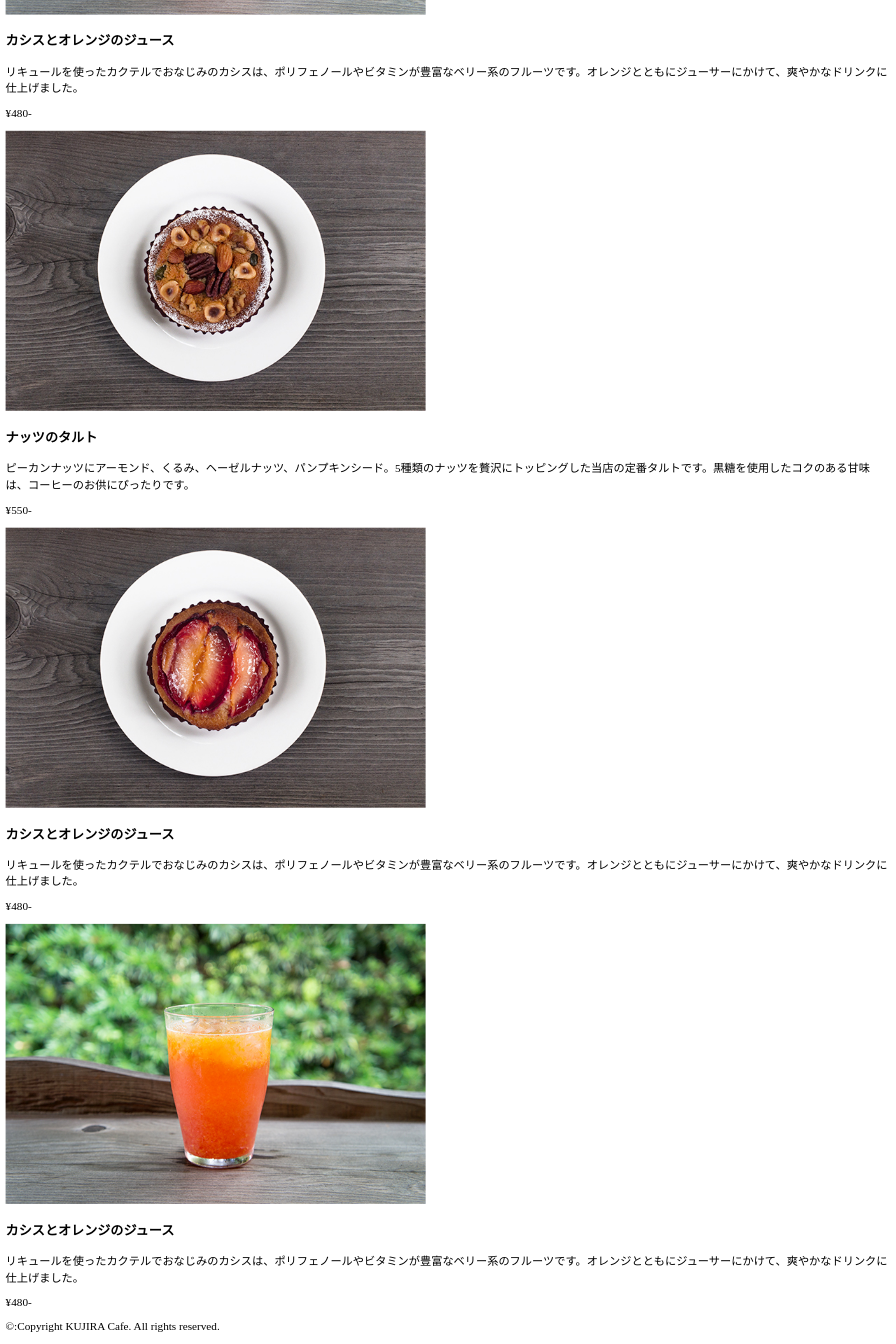
Repository: U-dias/work3
Page: cafe/menu.html
The author's editor kept a record of every edit. The page is drawn from the files as they stood at one moment, then again after the next edit.
The browser window is 1280 px wide. The pictures show the part of the page from y = 667 to 2587 px (the page is 2587 px tall before and 2021 px after), at 70% of full size.

Above is the page before.

After the next edit:
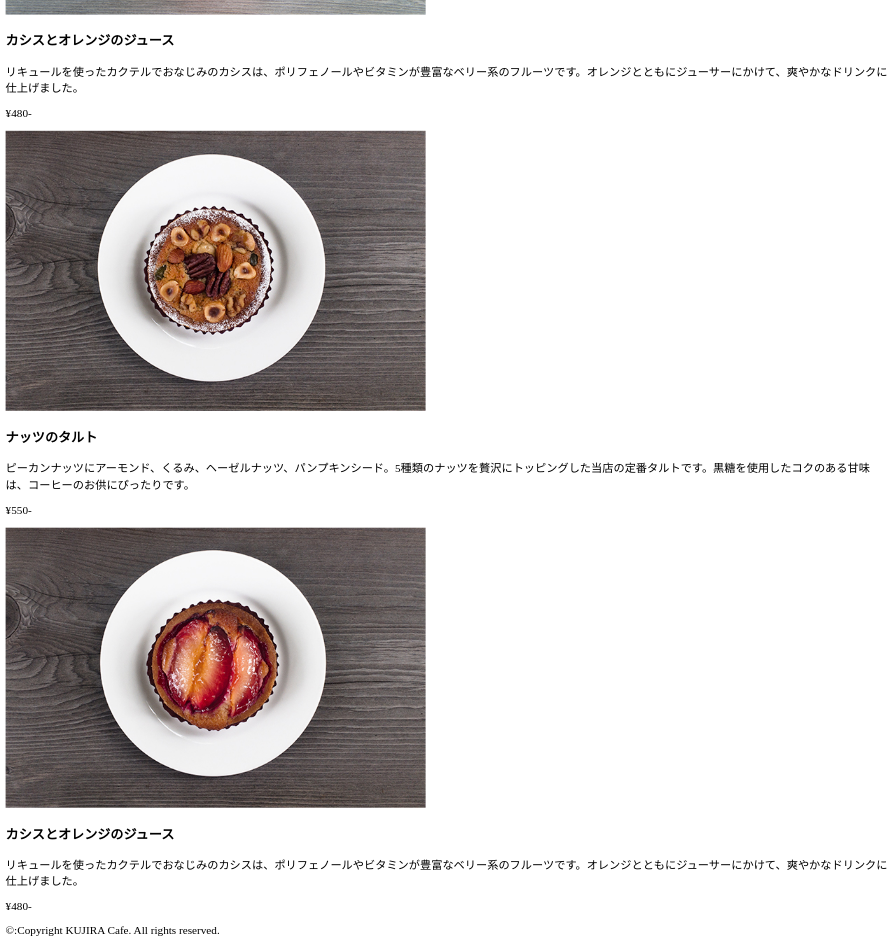
The edit:
--- a/cafe/menu.html
+++ b/cafe/menu.html
@@ -62,17 +62,6 @@
               </div>
             </div>
 
-            <div class="menu-item">
-              <div class="menu-photo">
-                <img src="images/menu-photo1.jpg" alt="">
-              </div>
-              <div class="menu-text">
-                <h3>カシスとオレンジのジュース</h3>
-                <p>リキュールを使ったカクテルでおなじみのカシスは、ポリフェノールやビタミンが豊富なベリー系のフルーツです。オレンジとともにジューサーにかけて、爽やかなドリンクに仕上げました。</p>
-                <p>&yen;480-</p>
-
-              </div>
-            </div>
 
           </div>
 
